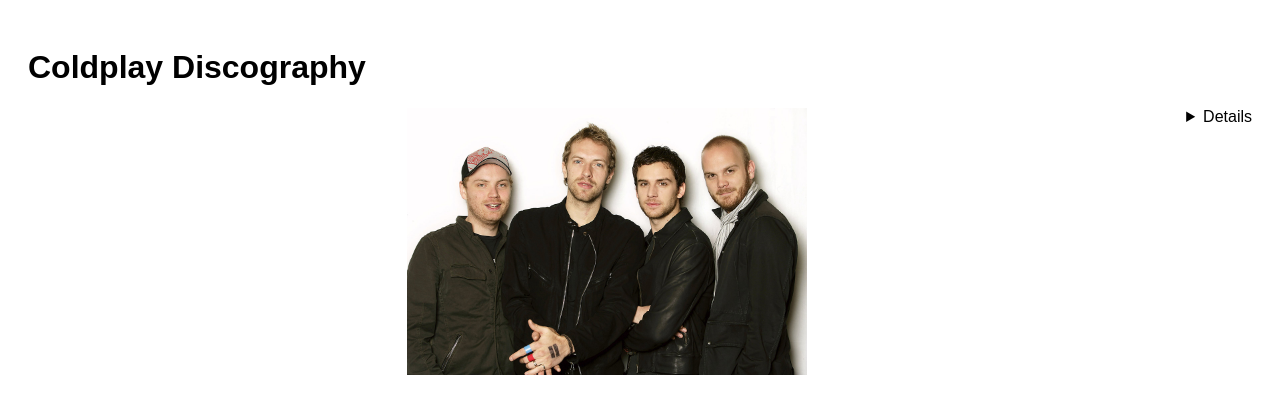
Repository: MelissaJacobi/Frontend-lab-1
Page: /
An editor plug-in stored every save of this project. The page is shown before and after the next save, followed by the edit.
The browser window is 1280 px wide. The pictures show the whole page.
The project was rebuilt for these pictures with package versions that can differ from the ones it lists, and the page was loaded fresh each time. Also part of the build but not shown: vite.config.js, src/Components/Accordion.jsx.

Above is the page before, as saved 2024-09-14 14:32:56.

After the next save:
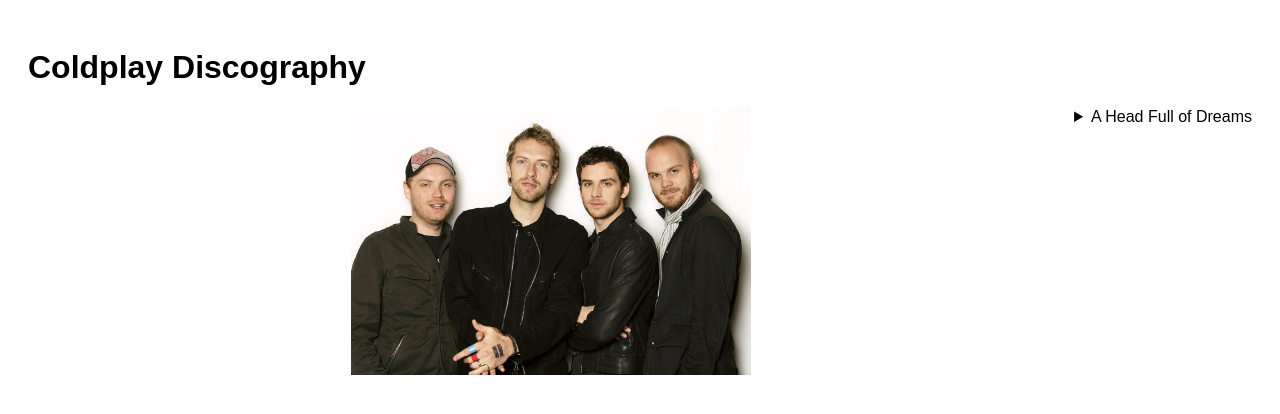
Saved 78 min 57 s later.
--- a/src/App.jsx
+++ b/src/App.jsx
@@ -9,8 +9,8 @@
       <div className='content'>
         <img className="band-img" src="/public/Coldplay-All-Members.jpg" alt="coldplay members"></img>
         <details>
-          <summary>Details</summary>
-            Something small enough to escape casual notice.
+          <summary>A Head Full of Dreams</summary>
+          A Head Full of Dreams', 'Birds', 'Hymn For the Weekend', 'Everglow', 'Adventure of a Lifetime', 'Fun', 'keleidoscope', 'Army of One', 'Amazing day', 'Color Spectrum', 'Up&Up', 'Something just like this
           </details>
       </div>
     </div>
